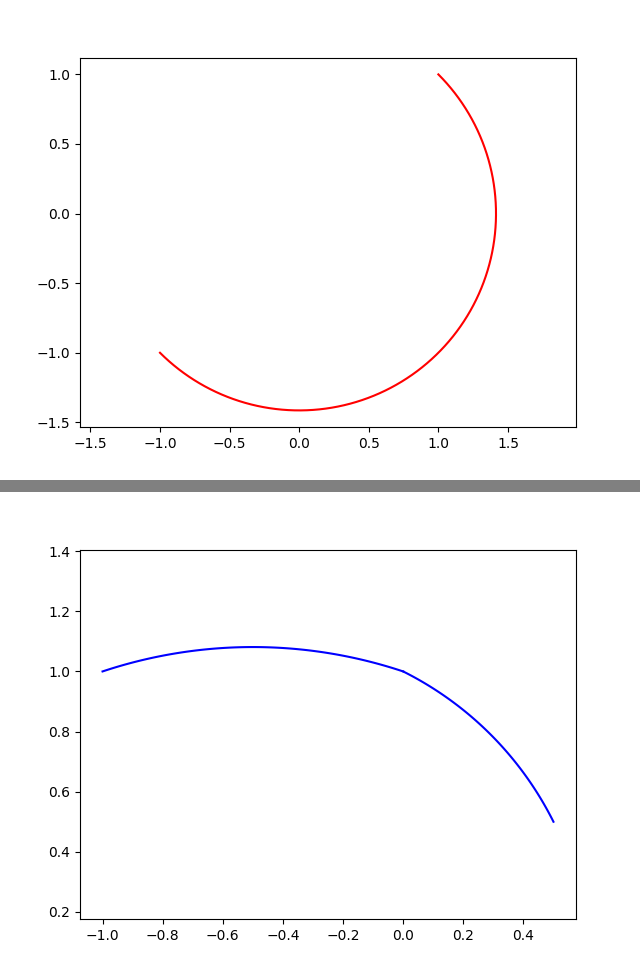
Repository: lbylzkx/Circle-Point-Manuscript
Script's output: python draw_flower_test.py
The author's editor kept a copy of each file at every save. The script's output is drawn from the files as they stood at one save, then again after the next save.
Each picture stacks the figures in order, with grey between them; figures that are only written to a file come last. Random numbers start from a fixed seed.

Above is the script's output before, as saved 2023-09-20 10:30:21.

After the next save:
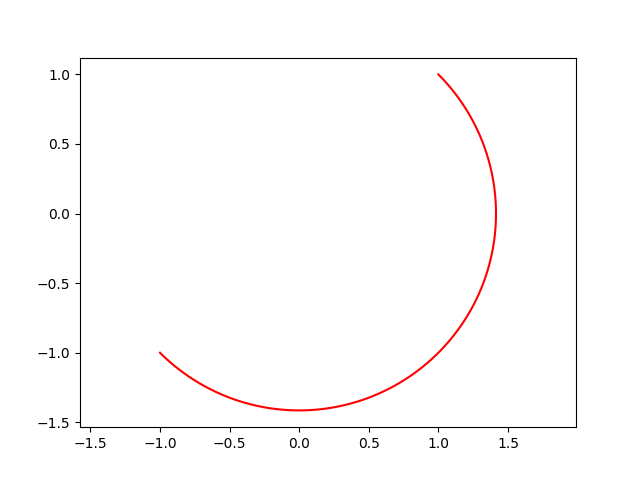
Error: TypeError: arc() missing 1 required positional argument: 'color'
Saved 22 s later.
--- a/draw_flower_test.py
+++ b/draw_flower_test.py
@@ -4,6 +4,6 @@
 # arc((0, 1), (2, 1), (1, 2))
 # arc((0, 0), (-1, -1), (1, 1))
 
-arc((-0.5, -0.5), (0, 1), (-1, 1), 'b')
-arc((-0.5, 0), (0.5, 0.5), (0, 1), 'b')
+arc((-0.5, -0.5), (0, 1), (-1, 1))
+arc((-0.5, 0), (0.5, 0.5), (0, 1))
 plt.show()

After the 2 saves that followed:
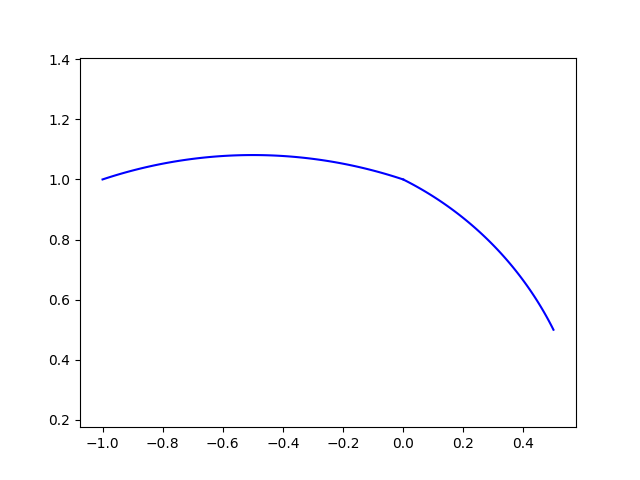
The error is gone.
The 2 saves are shown as one change because 1 did not build or start.
The last was saved 31 s later.
--- a/draw_flower_test.py
+++ b/draw_flower_test.py
@@ -4,6 +4,6 @@
 # arc((0, 1), (2, 1), (1, 2))
 # arc((0, 0), (-1, -1), (1, 1))
 
-arc((-0.5, -0.5), (0, 1), (-1, 1))
-arc((-0.5, 0), (0.5, 0.5), (0, 1))
+arc((-0.5, -0.5), (0, 1), (-1, 1), 'b')
+arc((-0.5, 0), (0.5, 0.5), (0, 1), 'b')
 plt.show()
--- a/draw_arc.py
+++ b/draw_arc.py
@@ -35,6 +35,6 @@ def arc(center, point1, point2, color):
 # 示例
 # draw_arc((1, 1), (2, 1), (1, 0))
 # draw_arc((1, 1), (1, 0), (2, 1))
-arc((0, 0), (-1, -1), (1, 1), 'r')
+# arc((0, 0), (-1, -1), (1, 1), 'r')
 # plt.axis('equal')
 plt.show()
